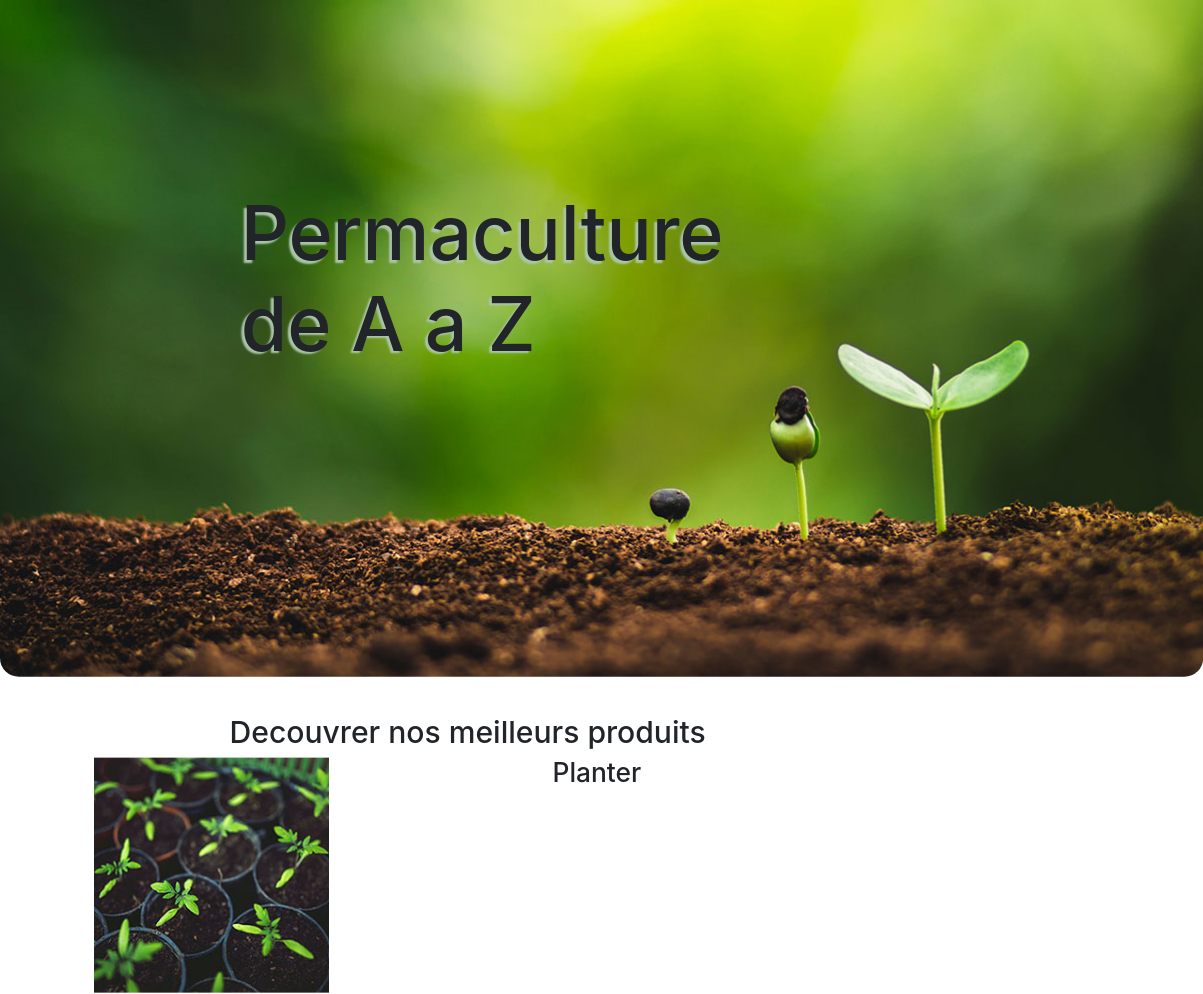
Repository: ahthionkevin/permaculture
Page: index.html
The author's editor kept a copy of each file at every save. The page is drawn from the files as they stood at one save, then again after the next save.
The browser window is 1280 px wide. The pictures show the whole page, at 94% of full size.

Above is the page before, as saved 2021-07-06 21:39:02.

After the next save:
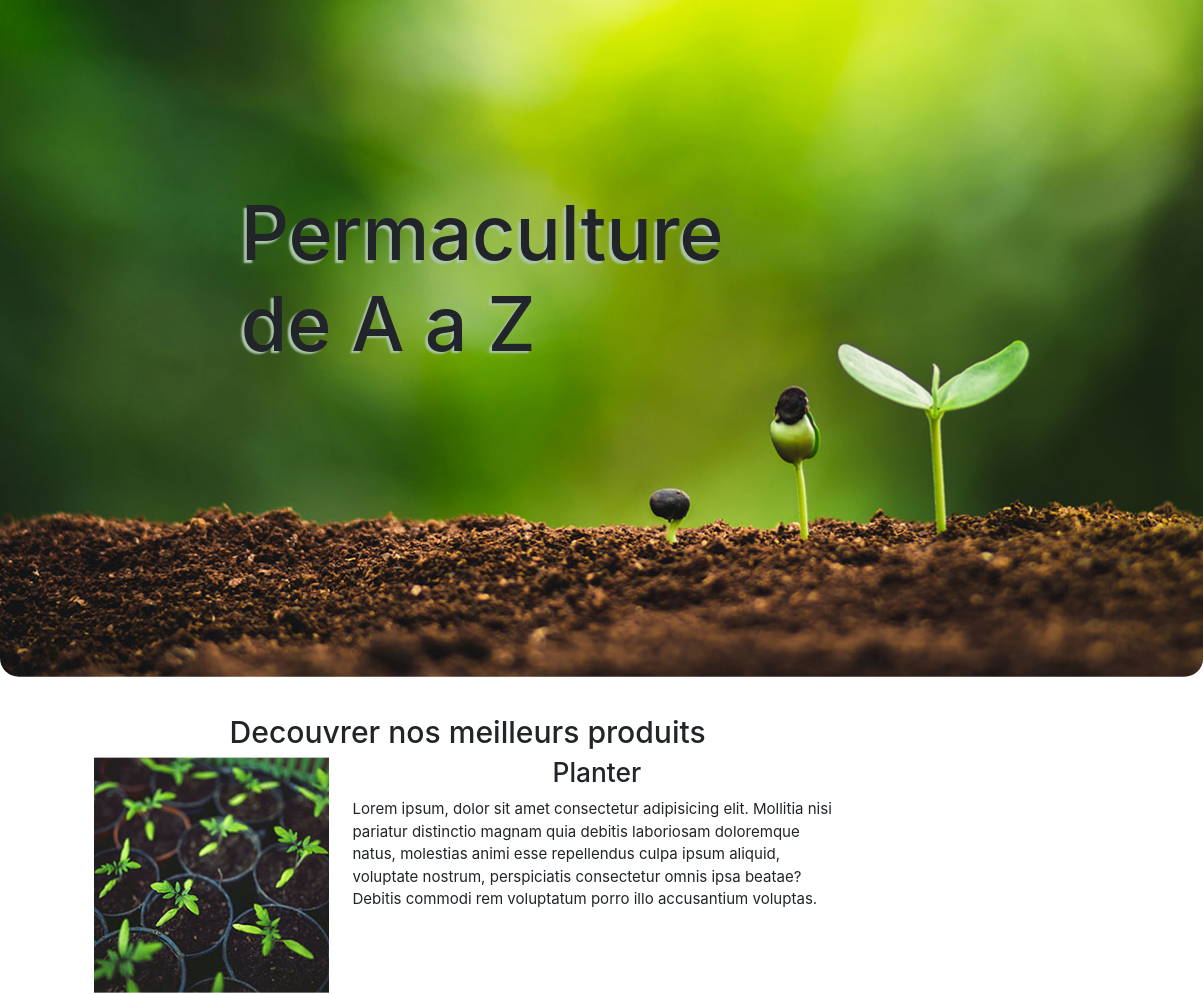
Saved 10 s later.
--- a/index.html
+++ b/index.html
@@ -23,6 +23,7 @@
                         </div>
                         <div class="col-sm-8">
                             <h3>Planter</h3>
+                            <p>Lorem ipsum, dolor sit amet consectetur adipisicing elit. Mollitia nisi pariatur distinctio magnam quia debitis laboriosam doloremque natus, molestias animi esse repellendus culpa ipsum aliquid, voluptate nostrum, perspiciatis consectetur omnis ipsa beatae? Debitis commodi rem voluptatum porro illo accusantium voluptas.</p>
                         </div>
                     </div>
                 </div>
